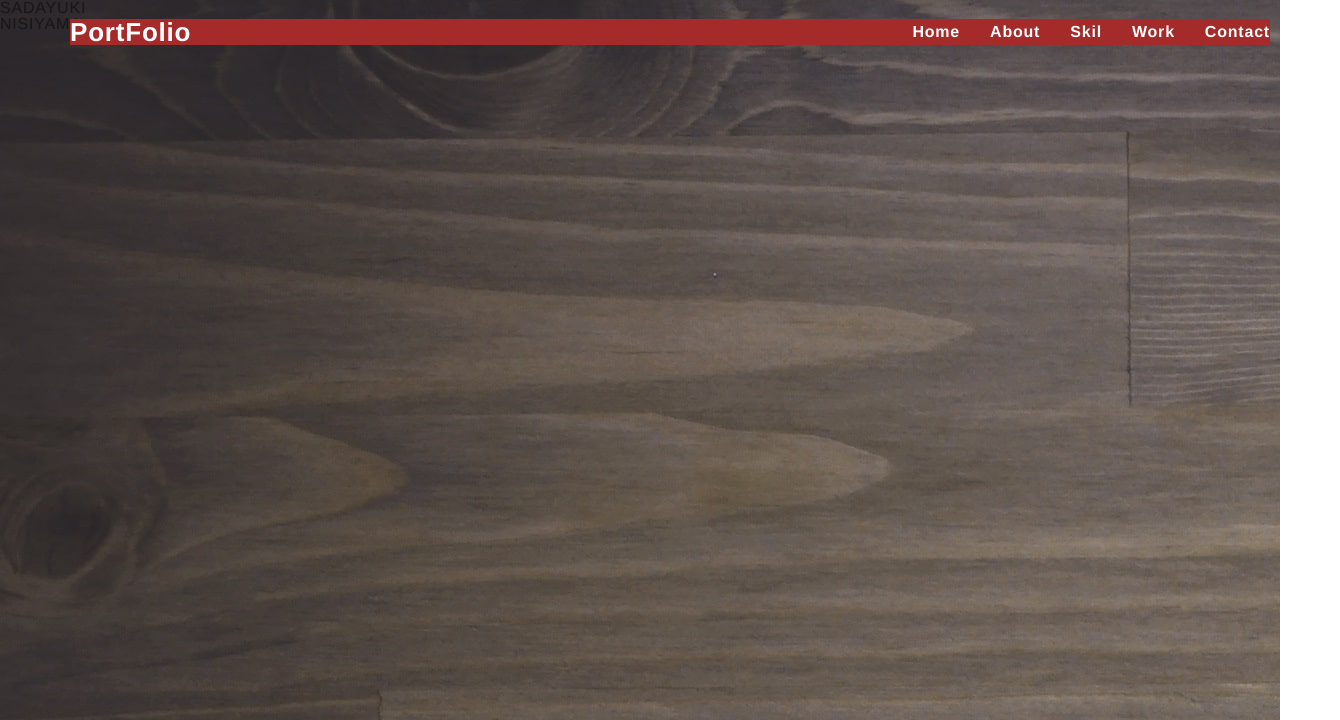
Repository: sadayuki15/portfolio
Page: index.html
These files come from the project's save history. The page is drawn as it stood at one moment and after a run of saves; the edit follows.
The browser window is 1280 px wide. The page is 1340 px wide, so the pictures cover 1340 px, including what lies to the right of the window. The pictures show the whole page.

Above is the page before, as saved 2021-04-21 11:56:34.

### index.html
<!DOCTYPE html>
<html lang="ja">
<head>
  <meta charset="UTF-8">
  <meta http-equiv="X-UA-Compatible" content="IE=edge">
  <meta name="viewport" content="width=device-width, initial-scale=1.0">
  <link rel="stylesheet" href="./css/reset.css">
  <link rel="stylesheet" href="./css/style.css">
  <title>Document</title>
</head>
<body>
  <!-- header -->
  <header class="header">
    <div class="header-inner">
      <h1 class="header-title">PortFolio</h1>
      <nav class="header-nav">
        <ul class="nav-list">
          <li class="nav-item"><a href="#">Home</a></li>
          <li class="nav-item"><a href="#">About</a></li>
          <li class="nav-item"><a href="#">Skil</a></li>
          <li class="nav-item"><a href="#">Work</a></li>
          <li class="nav-item"><a href="#">Contact</a></li>
        </ul>
      </nav>
    </div>
  </header>
  <!-- //header -->

  <main>
  <!-- fv -->
  <div class="fv">
    <div class="main-copy">
      <p class="main-title">
        SADAYUKI<br>
        NISIYAMA
      </p>
    </div>
  </div>







  </main>

</body>
</html>

### css/style.css
html {
  font-size: 62.5%;
}
body {
  font-size: 1.6rem;
  letter-spacing: .05em;
  color: #171717;
  font-family: Helvetica, '游ゴシック', 'Yu Gothic', YuGothic, HiraKakuProN-W3, 'メイリオ', Meiryo, sans-serif;
}

/*-------header-------*/
.header {
  width: 100%;
  padding: 19px 30px;
  position: absolute;
  top: 0;
  left: 0;
  z-index: 1;
  transition: .3s;
  color: #fff;
}
.header-inner {
  max-width: 1200px;
  margin: 0 auto;
  display: flex;
  justify-content: space-between;
  align-items: center;
  background-color: brown;
}
.header-title {
  font-size: 2.6rem;
}
.nav-list {
  display: flex;
}
.nav-item a {
  display: block;
  color: #fff;
  font-weight: bold;
  text-decoration: none;
  transition: .3s;
}
.nav-item {
  margin-right: 30px;
}
.nav-item:last-of-type {
  margin-right: 0;
}
.nav-item a:hover {
  opacity: .7;
  transition: .3s;
}

/*-------fv-------*/
.fv {
  height: 100vh;
  background-image: url("/img/fv-top.jpg");


}

Loaded but not shown: css/reset.css (common file)

After the next 5 saves:
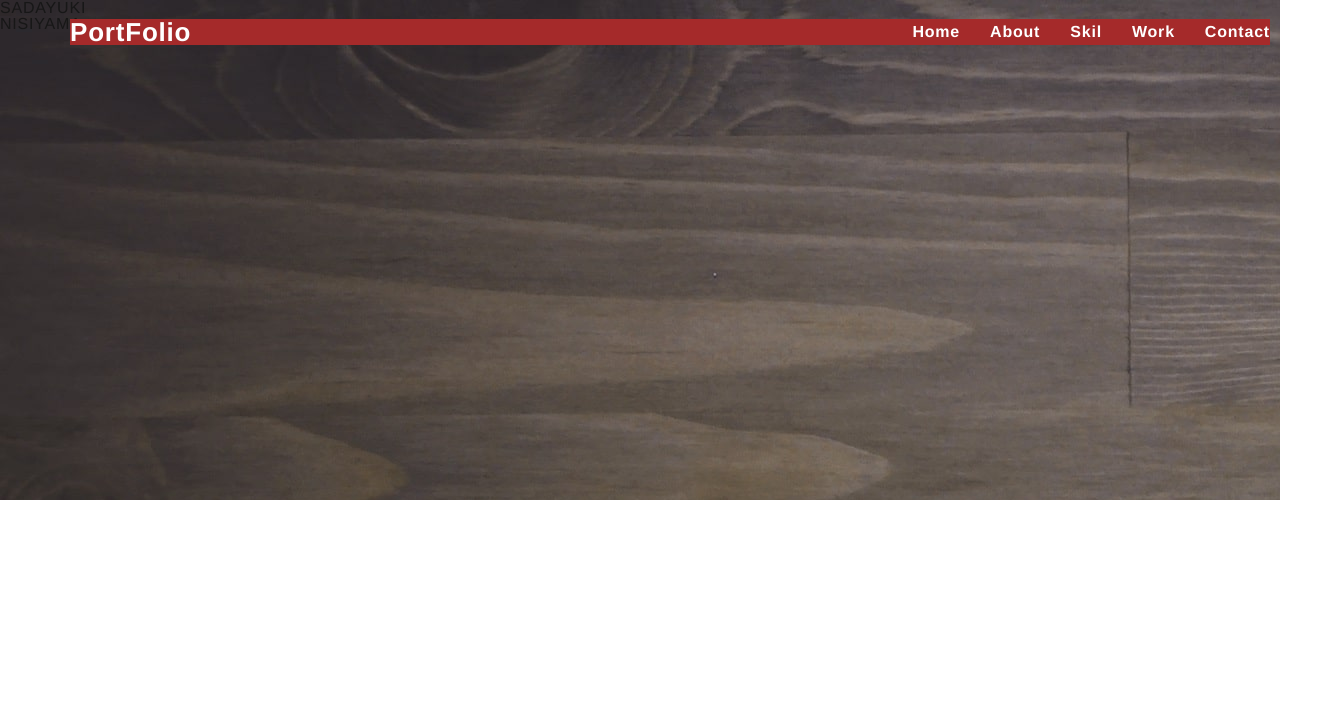
The 5 saves are shown as one change because they came seconds apart.
The last was saved 2 min 25 s later.
--- a/css/style.css
+++ b/css/style.css
@@ -53,7 +53,7 @@
 
 /*-------fv-------*/
 .fv {
-  height: 100vh;
+  height: 500px;
   background-image: url("/img/fv-top.jpg");
 
 
